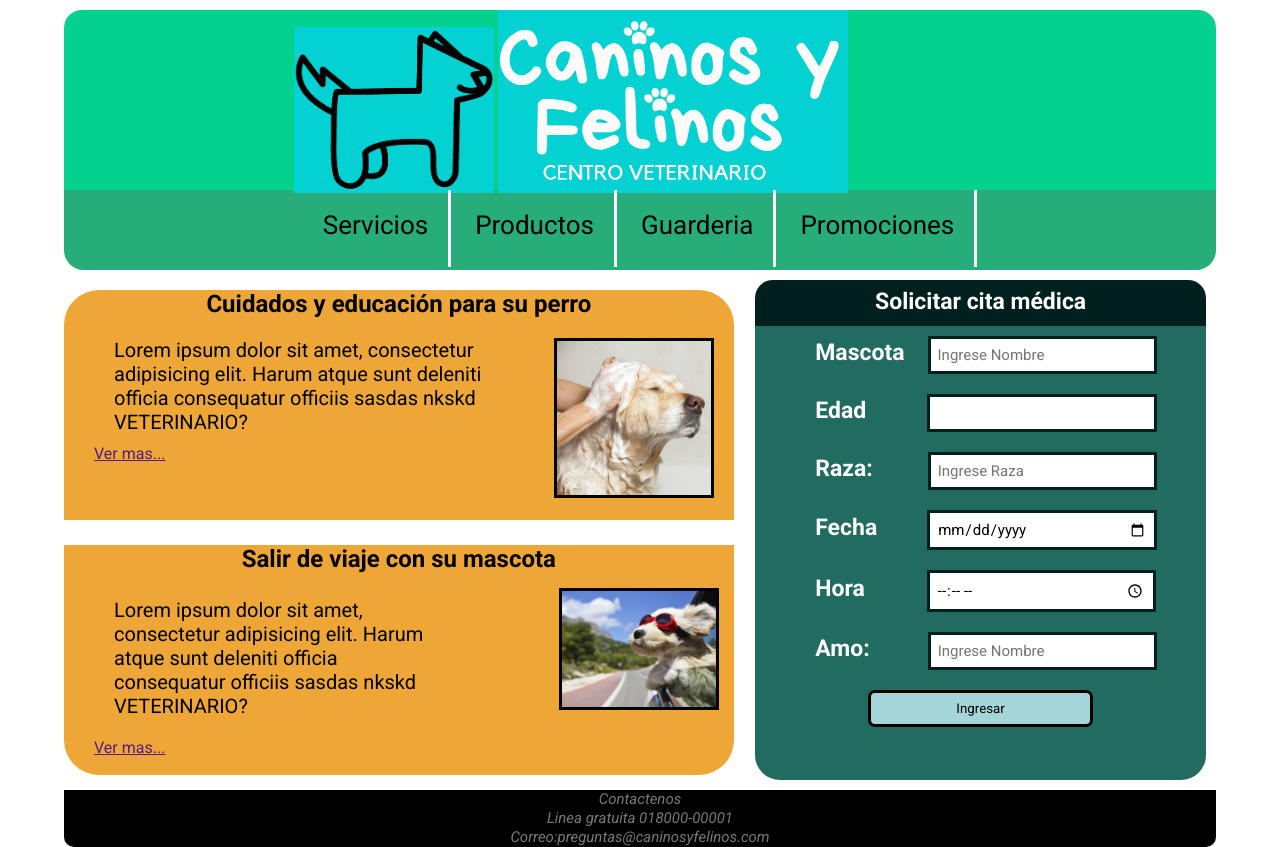
Repository: NickArregoces/Veterinaria
Page: Index.html
The author's editor kept a copy of each file at every save. The page is drawn from the files as they stood at one save, then again after the next save.
The browser window is 1280 px wide. The pictures show the whole page.

Above is the page before, as saved 2021-10-08 20:32:05.

After the next save:
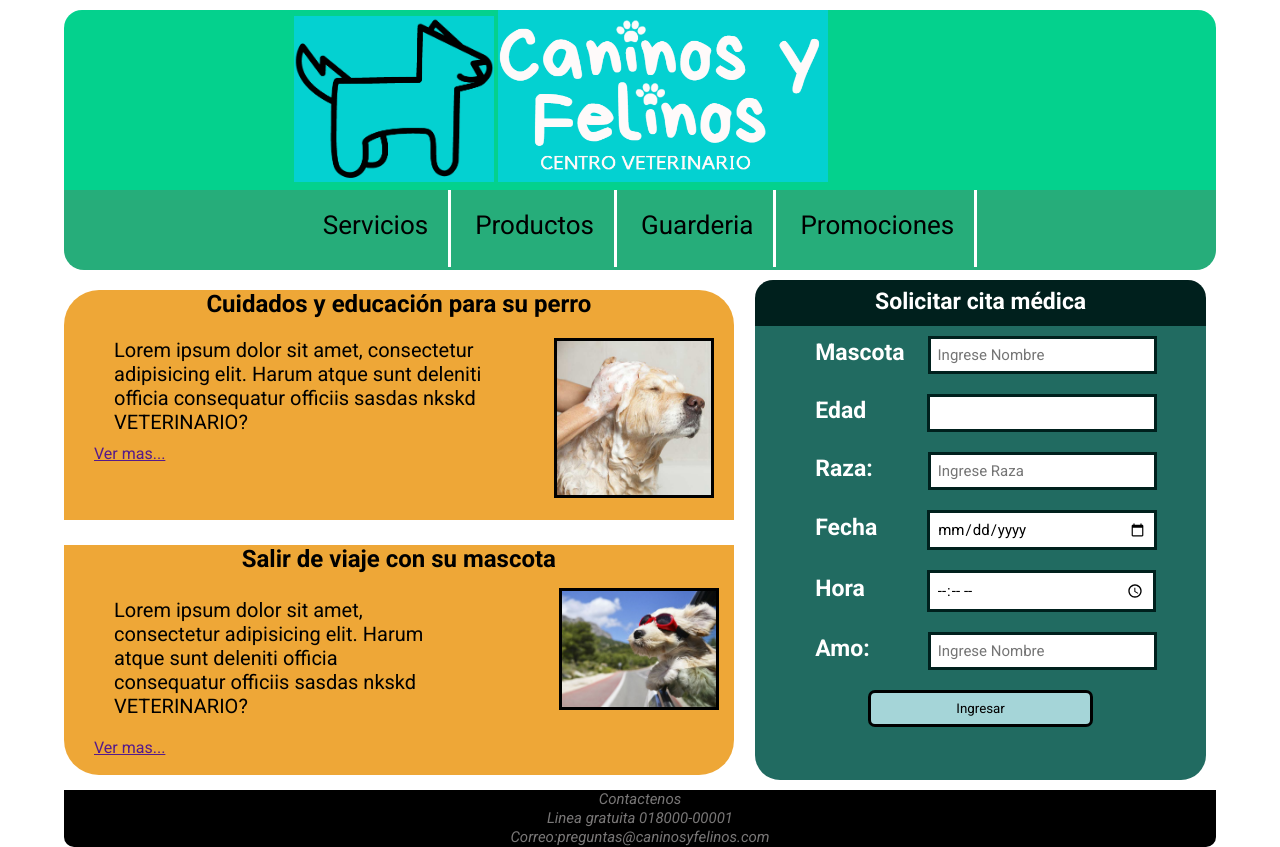
Saved 11 s later.
--- a/CSS/Style.css
+++ b/CSS/Style.css
@@ -24,7 +24,7 @@ header{
         margin-left: 20%;
     }
     header .image  #text{
-        width: 350px;
+        width: 330px;
     }
     .title{
         float: right;
